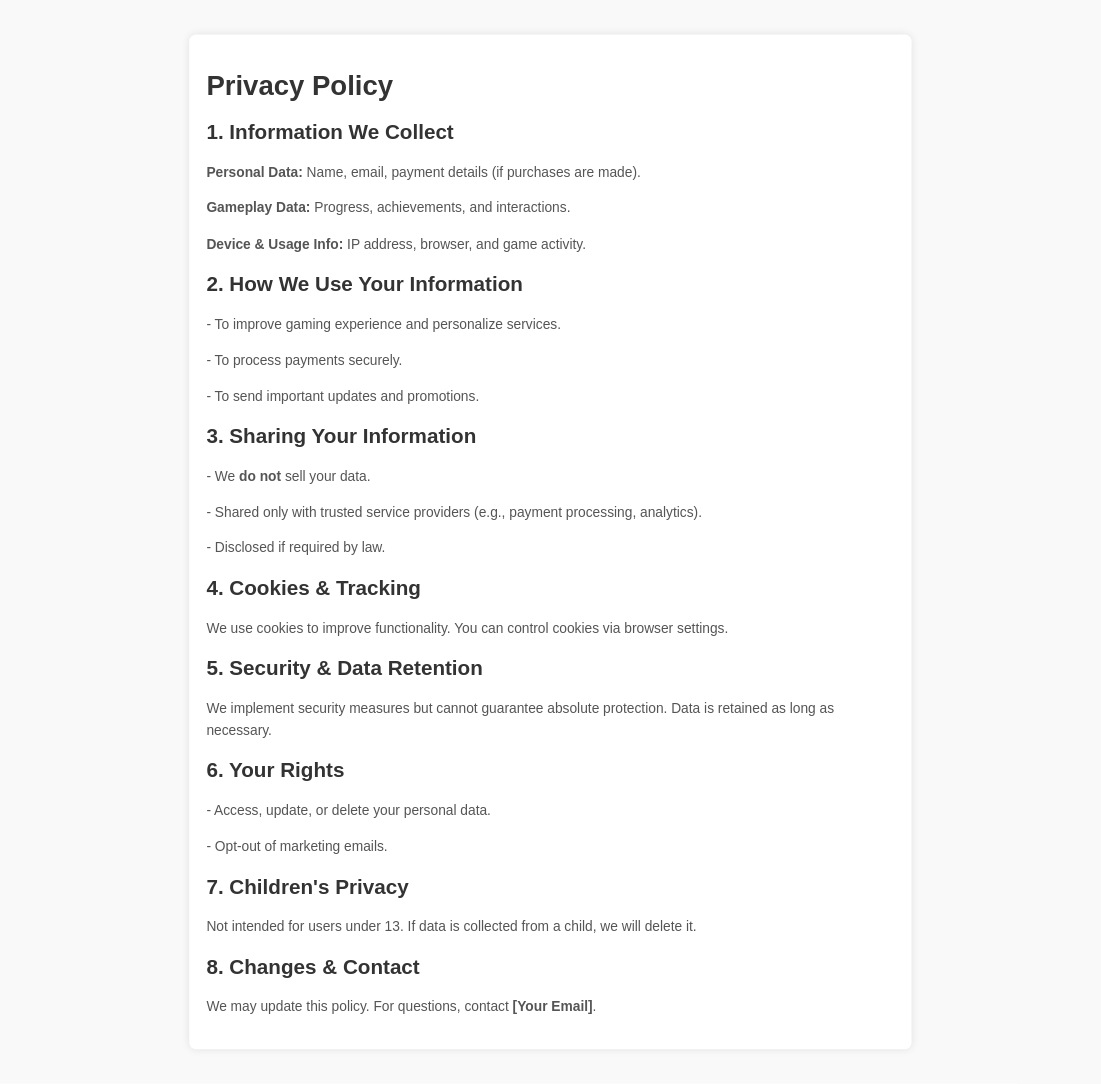
Repository: meenadabhii/jpygames.com
Page: http://localhost/privacy-policy.html
These files come from the project's save history. The page is drawn as it stood at one moment and after a run of saves; the edit follows.
The browser window is 1280 px wide. The pictures show the whole page, at 86% of full size.
The page is served by the project's Node server (nodejs/app.js).

Above is the page before, as saved 2025-02-07 16:06:27.

After the next 2 saves:
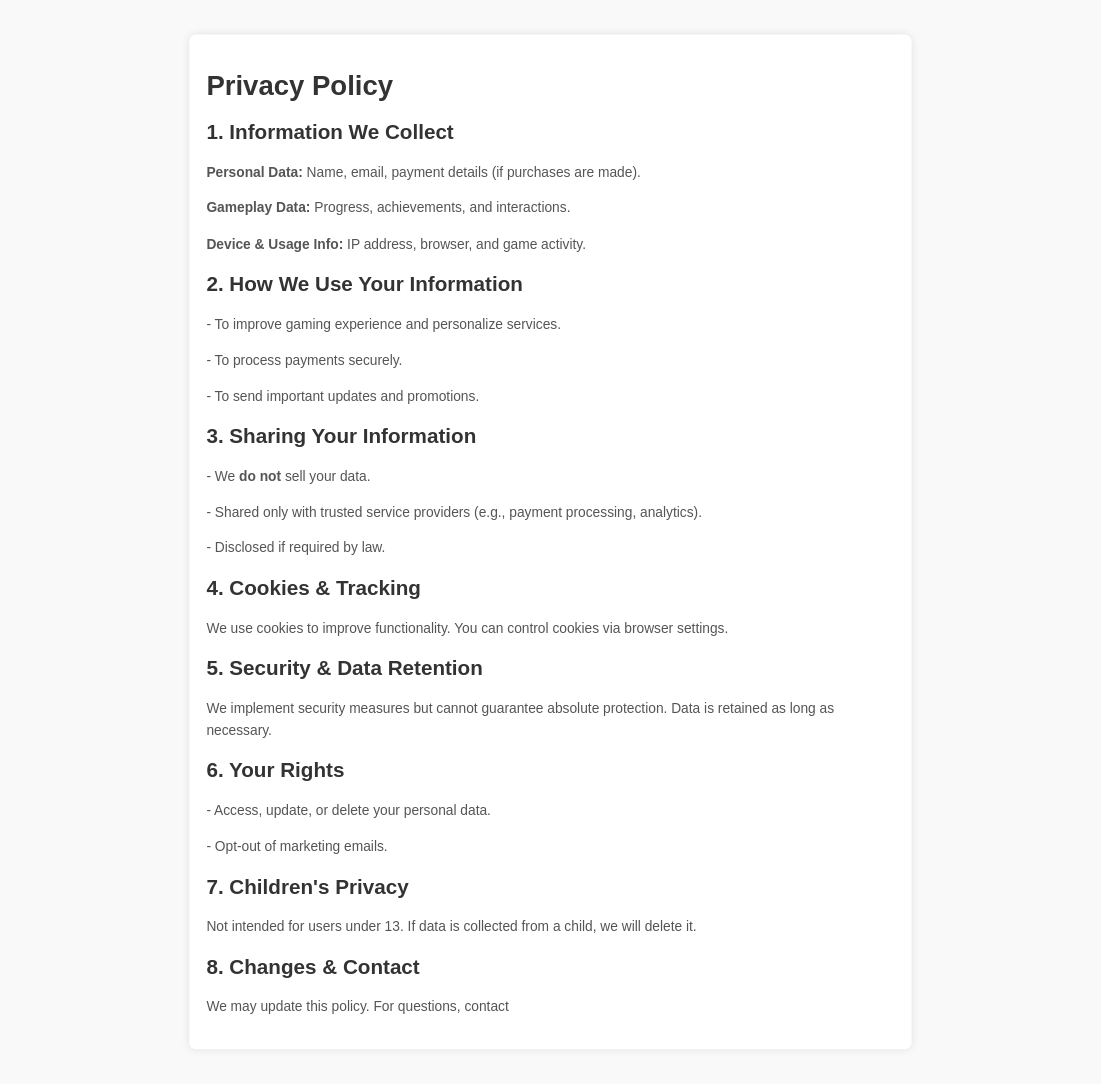
The 2 saves are shown as one change because they came seconds apart.
The last was saved 27 s later.
--- a/nodejs/views/privacy-policy.html
+++ b/nodejs/views/privacy-policy.html
@@ -61,7 +61,7 @@
         <p>Not intended for users under 13. If data is collected from a child, we will delete it.</p>
 
         <h2>8. Changes & Contact</h2>
-        <p>We may update this policy. For questions, contact <strong>[Your Email]</strong>.</p>
+        <p>We may update this policy. For questions, contact </p>
     </div>
 </body>
 </html>
